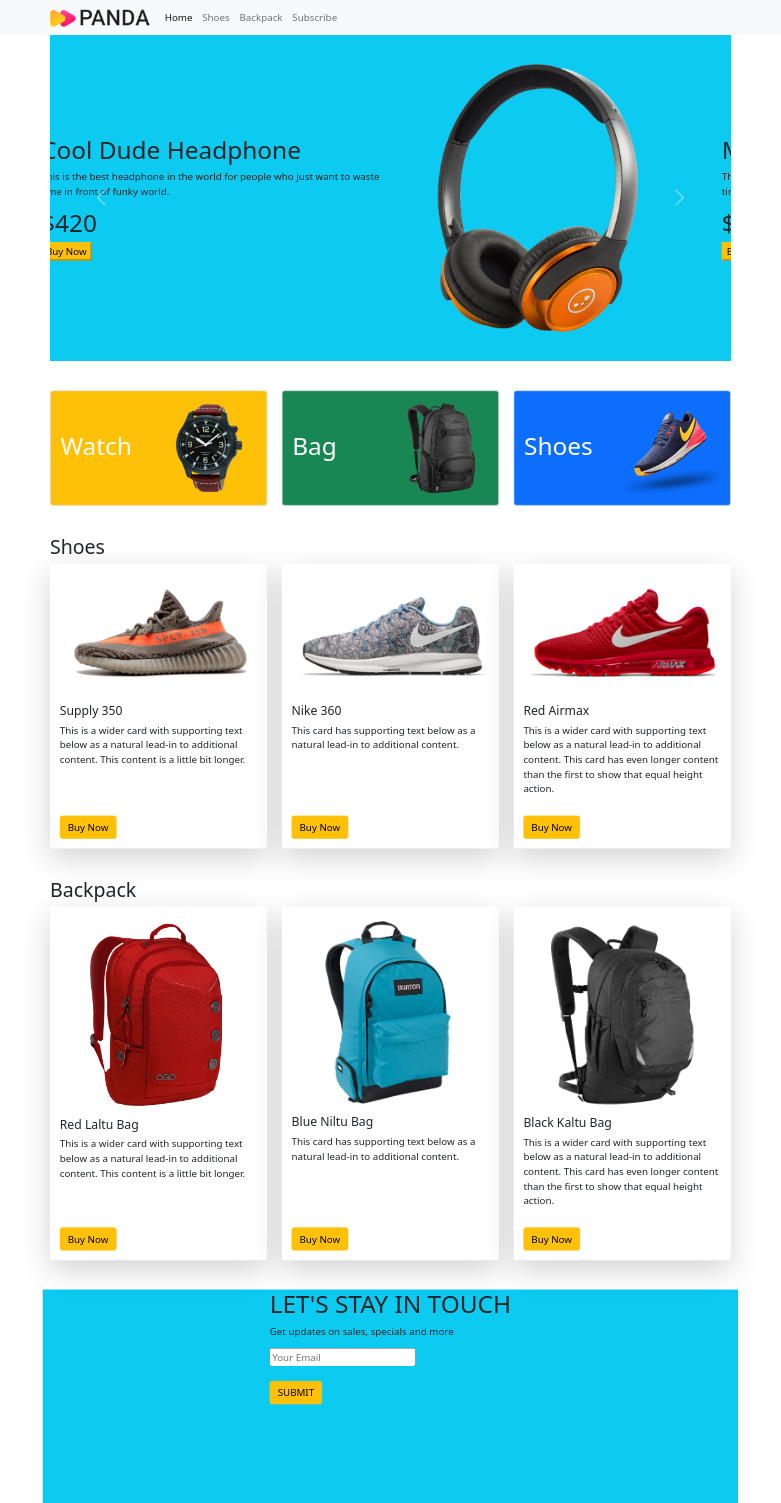
Repository: mdmohiddin/panda-commerce-rp
Page: index.html
These files come from the project's save history. The page is drawn as it stood at one moment and after the next save; the edit follows.
The browser window is 1280 px wide. The pictures show the whole page, at 61% of full size.

Above is the page before, as saved 2021-07-28 19:48:59.

### index.html
<!DOCTYPE html>
<html lang="en">
<head>
    <meta charset="UTF-8">
    <meta http-equiv="X-UA-Compatible" content="IE=edge">
    <meta name="viewport" content="width=device-width, initial-scale=1.0">
    <title>panda-commerce</title>
    <!-- Bootstrap Stylesheet -->
    <link href="https://cdn.jsdelivr.net/npm/bootstrap@5.0.2/dist/css/bootstrap.min.css" rel="stylesheet" integrity="sha384-EVSTQN3/azprG1Anm3QDgpJLIm9Nao0Yz1ztcQTwFspd3yD65VohhpuuCOmLASjC" crossorigin="anonymous">

</head>
<body>
    <!-- header star -->
    <header>
        <nav class="navbar navbar-expand-lg navbar-light bg-light">
            <div class="container">
              <a class="navbar-brand" href="#">
                <img src="images/logo.png" alt="">
              </a>
              <button class="navbar-toggler" type="button" data-bs-toggle="collapse" data-bs-target="#navbarSupportedContent" aria-controls="navbarSupportedContent" aria-expanded="false" aria-label="Toggle navigation">
                <span class="navbar-toggler-icon"></span>
              </button>
              <div class="collapse navbar-collapse" id="navbarSupportedContent">

                <ul class="navbar-nav me-auto mb-2 mb-lg-0">

                    <li class="nav-item">
                    <a class="nav-link active" aria-current="page" href="#">Home</a>
                  </li>

                  <li class="nav-item">
                    <a class="nav-link" href="#">Shoes</a>
                  </li>

                  <li class="nav-item">
                    <a class="nav-link" href="#">Backpack</a>
                  </li>

                  <li class="nav-item">
                    <a class="nav-link" href="#">Subscribe</a>
                  </li>

                </ul>
              </div>
            </div>
          </nav>

          <!-- image slider -->
          <section class="container">
            <div id="carouselExampleControls" class="carousel slide" data-bs-ride="carousel">

                <div class="carousel-inner">

                    <div class="carousel-item active">

                        <div class="row bg-info p-5 d-flex align-items-center">
                            <div class="col-lg-7">
                                <h1>Cool Dude Headphone</h1>
                                <p>This is the best headphone in the world for people who just want to waste time in front of funky world.</p>
                                <h1>$420</h1>
                                <button class="btn-warning">Buy Now</button>
                            </div>
                            <div class="col-lg-5">
                                <img src="images/banner-images/headphone.png" class="d-block w-100" alt="...">
                            </div>
                        </div>
                  </div>

                  <div class="carousel-item">
                    <div class="row bg-info p-5 d-flex align-items-center">
                        <div class="col-lg-7">
                            <h1>Mega LCD TV For Sports</h1>
                            <p>This is the best headphone in the world for people who just want to waste time in front of funky world.</p>
                            <h1>$420</h1>
                            <button class="btn-warning">Buy Now</button>
                        </div>
                        <div class="col-lg-5">
                            <img src="images/banner-images/tv.png" class="d-block w-100" alt="...">
                        </div>
                    </div>
                  </div>

                  <div class="carousel-item">
                    <div class="row bg-info p-5 d-flex align-items-center">
                        <div class="col-lg-7">
                            <h1>X-Box for your living room</h1>
                            <p>This is the best headphone in the world for people who just want to waste time in front of funky world.</p>
                            <h1>$600</h1>
                            <button class="btn-warning">Buy Now</button>
                        </div>
                        <div class="col-lg-5">
                            <img src="images/banner-images/xbox.png" class="d-block w-100" alt="...">
                        </div>
                    </div>
                  </div>
                </div>
                <button class="carousel-control-prev" type="button" data-bs-target="#carouselExampleControls" data-bs-slide="prev">
                  <span class="carousel-control-prev-icon" aria-hidden="true"></span>
                  <span class="visually-hidden">Previous</span>
                </button>
                <button class="carousel-control-next" type="button" data-bs-target="#carouselExampleControls" data-bs-slide="next">
                  <span class="carousel-control-next-icon" aria-hidden="true"></span>
                  <span class="visually-hidden">Next</span>
                </button>
              </div>
          </section>
    </header>
    <!-- header end -->

    <main>
        <!-- catergories -->
        <section class="container my-5">
                <div class="row g-4">

                  <div class="col-lg-4 col-md-6 col-12">
                    <div class="p-3 border bg-warning d-flex align-items-center d-flex justify-content-between rounded-3">
                        <h1 class="text-white">Watch</h1>
                        <img src="images/categories/watch.png" alt="">
                    </div>
                  </div>

                  <div class="col-lg-4 col-md-6 col-12">
                    <div class="p-3 border bg-success d-flex align-items-center d-flex justify-content-between rounded-3">
                        <h1 class="text-white">Bag</h1>
                        <img src="images/categories/bag.png" alt="">
                    </div>
                  </div>

                  <div class="col-lg-4 col-md-6 col-12">
                    <div class="p-3 border bg-primary d-flex align-items-center d-flex justify-content-between rounded-3">
                        <h1 class="text-white">Shoes</h1>
                        <img src="images/categories/shoes.png" alt="">
                    </div>
                  </div>
                </div>
        </section>

        <!-- Shoes -->
        <section class="container">
            <h2>Shoes</h2>
            <div class="row row-cols-1 row-cols-md-2 row-cols-lg-3 g-4">

                <div class="col">
                  <div class="card h-100 border-0 shadow-lg">
                    <img src="images/shoes/shoe-1.png" class="card-img-top" alt="...">
                    <div class="card-body">
                      <h5 class="card-title">Supply 350</h5>
                      <p class="card-text">This is a wider card with supporting text below as a natural lead-in to additional content. This content is a little bit longer.</p>
                    </div>
                    <div class="m-3">
                     <button class="btn btn-warning">Buy Now</button>
                    </div>
                  </div>
                </div>

                <div class="col">
                  <div class="card h-100 border-0 shadow-lg">
                    <img src="images/shoes/shoe-2.png" class="card-img-top" alt="...">
                    <div class="card-body">
                      <h5 class="card-title">Nike 360</h5>
                      <p class="card-text">This card has supporting text below as a natural lead-in to additional content.</p>
                    </div>
                    <div class="m-3">
                      <button class="btn btn-warning">Buy Now</button>
                    </div>
                  </div>
                </div>

                <div class="col">
                  <div class="card h-100 border-0 shadow-lg">
                    <img src="images/shoes/shoe-3.png" class="card-img-top" alt="...">
                    <div class="card-body">
                      <h5 class="card-title">Red Airmax</h5>
                      <p class="card-text">This is a wider card with supporting text below as a natural lead-in to additional content. This card has even longer content than the first to show that equal height action.</p>
                    </div>
                    <div class="m-3">
                     <button class="btn btn-warning">Buy Now</button>
                    </div>
                  </div>
                </div>
              </div>
        </section>

        <!-- Backpack -->
        <section class="container my-5">
            <h2>Backpack</h2>
            <div class="row row-cols-1 row-cols-md-2 row-cols-lg-3 g-4">

                <div class="col">
                  <div class="card h-100 border-0 shadow-lg">
                    <img src="images/bags/bag-1.png" class="card-img-top" alt="...">
                    <div class="card-body">
                      <h5 class="card-title">Red Laltu Bag</h5>
                      <p class="card-text">This is a wider card with supporting text below as a natural lead-in to additional content. This content is a little bit longer.</p>
                    </div>
                    <div class="m-3">
                     <button class="btn btn-warning">Buy Now</button>
                    </div>
                  </div>
                </div>

                <div class="col">
                  <div class="card h-100 border-0 shadow-lg">
                    <img src="images/bags/bag-2.png" class="card-img-top" alt="...">
                    <div class="card-body">
                      <h5 class="card-title">Blue Niltu Bag</h5>
                      <p class="card-text">This card has supporting text below as a natural lead-in to additional content.</p>
                    </div>
                    <div class="m-3">
                      <button class="btn btn-warning">Buy Now</button>
                    </div>
                  </div>
                </div>

                <div class="col">
                  <div class="card h-100 border-0 shadow-lg">
                    <img src="images/bags/bag-3.png" class="card-img-top" alt="...">
                    <div class="card-body">
                      <h5 class="card-title">Black Kaltu Bag</h5>
                      <p class="card-text">This is a wider card with supporting text below as a natural lead-in to additional content. This card has even longer content than the first to show that equal height action.</p>
                    </div>
                    <div class="m-3">
                     <button class="btn btn-warning">Buy Now</button>
                    </div>
                  </div>
                </div>
              </div>
        </section>

        <!-- Subscription -->
        <section style="height: 350px;" class="container d-flex justify-content-center bg-info">
            <div>
                <h1>LET'S STAY IN TOUCH</h1>
                <p>Get updates on sales, specials and more</p>
                <input type="text" placeholder="Your Email">
                <br><br>
                <button class="btn btn-warning">SUBMIT</button>
                </div>
        </section>
    </main>
    <footer>

    </footer>

    <!-- Bootstrap JS -->
    <script src="https://cdn.jsdelivr.net/npm/bootstrap@5.0.2/dist/js/bootstrap.bundle.min.js" integrity="sha384-MrcW6ZMFYlzcLA8Nl+NtUVF0sA7MsXsP1UyJoMp4YLEuNSfAP+JcXn/tWtIaxVXM" crossorigin="anonymous"></script>
</body>
</html>

After the next save:
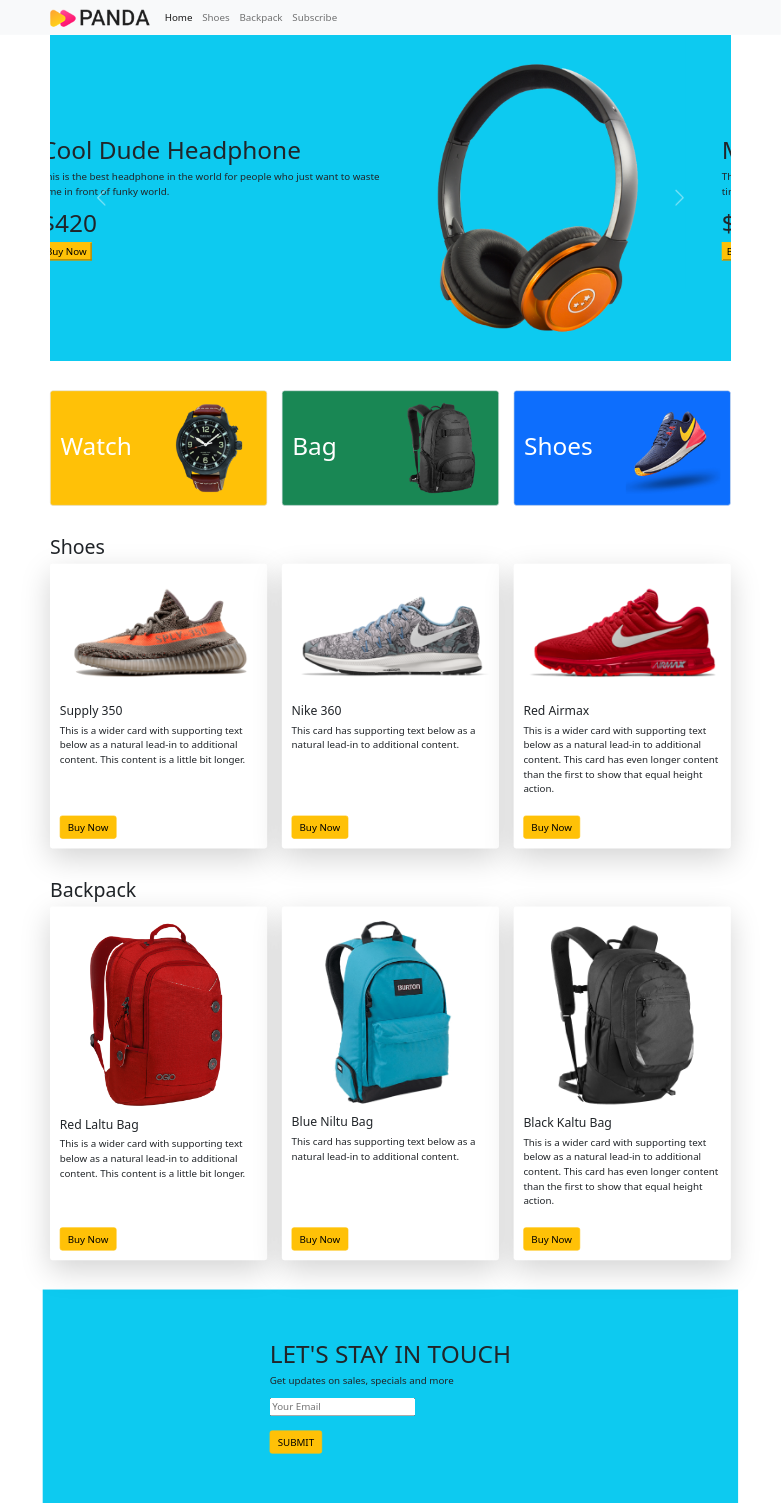
Saved 93 s later.
--- a/index.html
+++ b/index.html
@@ -228,7 +228,7 @@
         </section>
 
         <!-- Subscription -->
-        <section style="height: 350px;" class="container d-flex justify-content-center bg-info">
+        <section style="height: 350px;" class="container d-flex justify-content-center bg-info d-flex align-items-center">
             <div>
                 <h1>LET'S STAY IN TOUCH</h1>
                 <p>Get updates on sales, specials and more</p>
